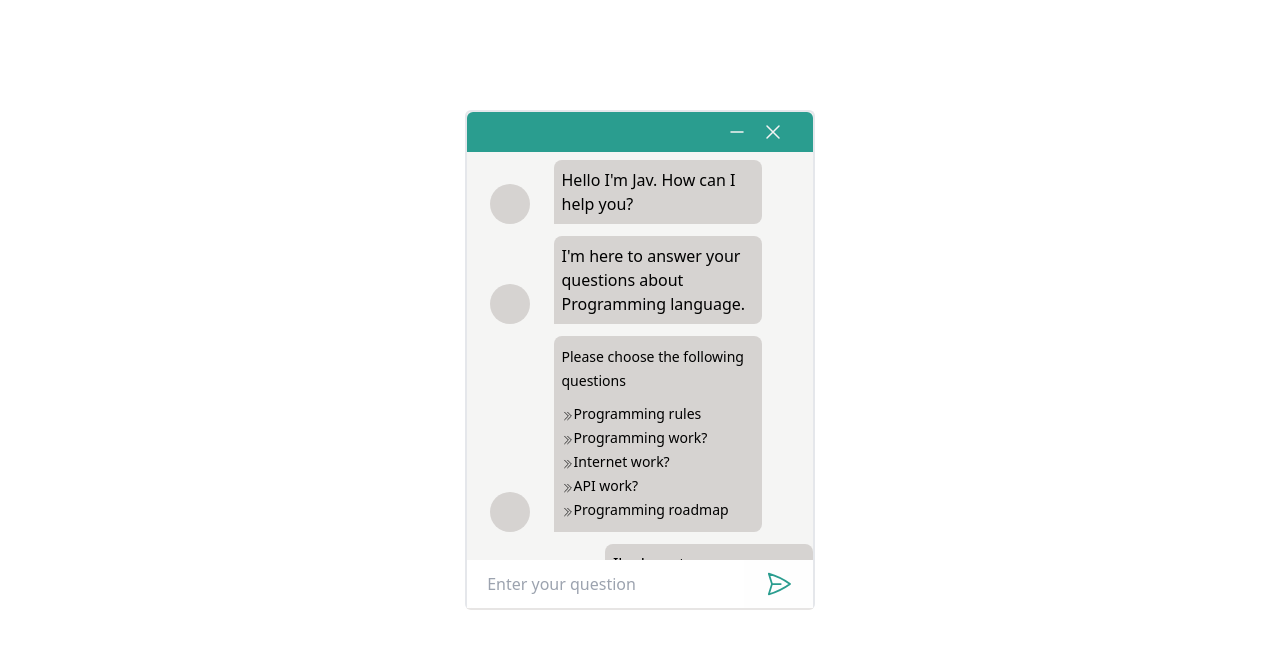
Repository: hsumyatm7308/Chatbot
Page: index.html
These files come from the project's save history. The page is drawn as it stood at one moment and after the next save; the edit follows.
The browser window is 1280 px wide. The pictures show the whole page.
Some web libraries are served in a nearby version.

Above is the page before, as saved 2023-07-09 12:48:28.

After the next save:
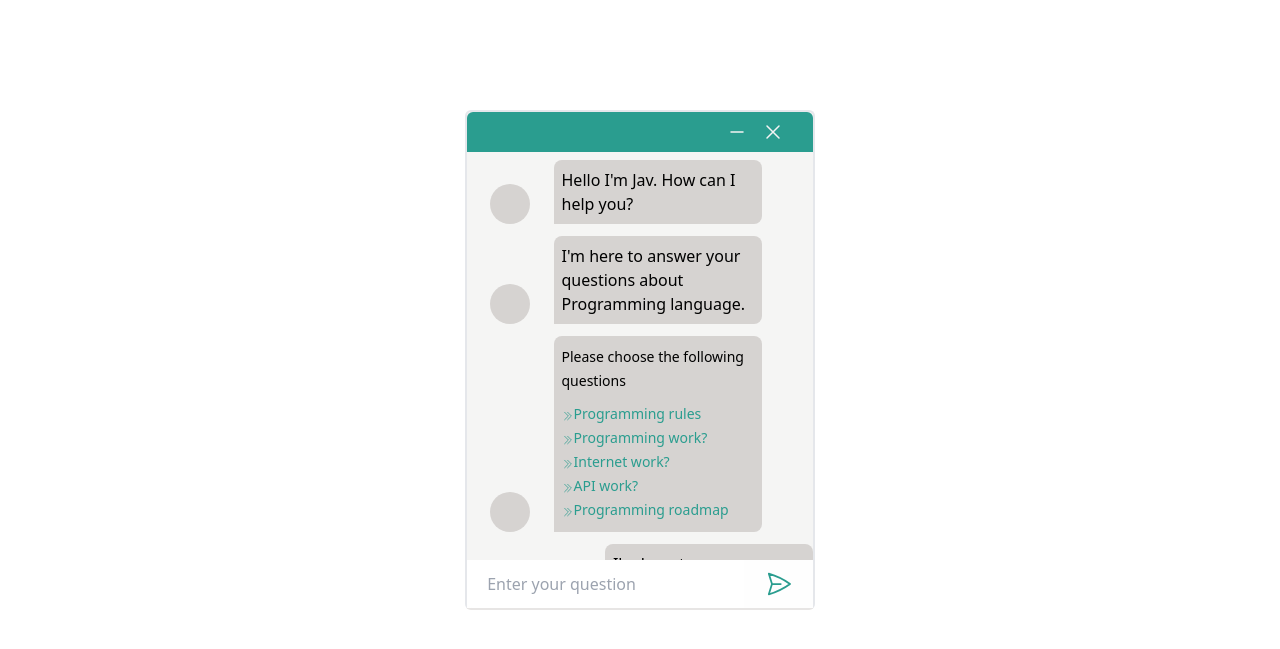
Saved 33 s later.
--- a/index.html
+++ b/index.html
@@ -69,7 +69,7 @@
                             <div class="w-52 h-full bg-stone-300 rounded-lg rounded-bl-none p-2">
                                 <span>
                                     <span class="text-sm">Please choose the following questions</span>
-                                    <ul class="mt-3">
+                                    <ul class="mt-3 text-[#2a9d8f]">
                                         <li class="text-md flex"><a href=""
                                                 class="text-sm flex justify-center items-center"><svg
                                                     xmlns="http://www.w3.org/2000/svg" fill="none" viewBox="0 0 24 24"
